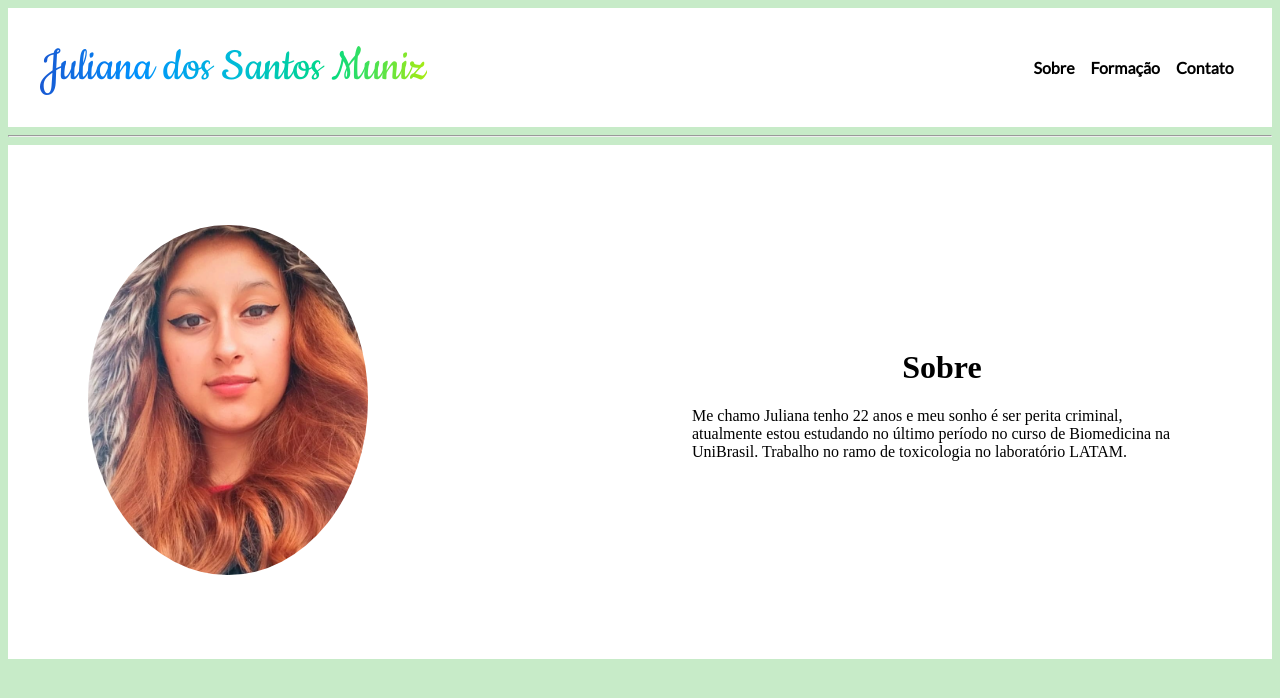
Repository: joaovnogueira/Portfolio-Juliana
Page: index.html
An editor plug-in stored every save of this project. The page is shown before and after the next save, followed by the edit.
The browser window is 1280 px wide. The pictures show the whole page.

Above is the page before, as saved 2022-06-14 16:03:11.

### index.html
<!DOCTYPE html>
<html lang="en">
<head>
    <link rel="stylesheet" href="styles.css">
    <meta charset="UTF-8">
    <meta http-equiv="X-UA-Compatible" content="IE=edge">
    <meta name="viewport" content="width=device-width, initial-scale=1.0">
    <title>Portfólio Juliana</title>
</head>
<body>
    <header>
        <nav>
            <div class="logo">Juliana dos Santos Muniz</div>
            <div class="menu">
                <a href="">Sobre</a>
                <a href="">Formação</a>
                <a href="">Contato</a>
            </div>
        </nav>
    </header>
    <hr>
    <main>
        <div class="perfil">
            <div class="foto">
                <img src="./assets/foto-perfil.png" alt="Foto de perfil" id="fotoperfil">
            </div>
            <div class="separator">
            </div>
            <div class="conteudo">
                <h1>Sobre</h1>
                <p>Me chamo Juliana tenho 22 anos e meu sonho é ser perita criminal,
                atualmente estou estudando no último período no curso de Biomedicina na UniBrasil.
                Trabalho no ramo de toxicologia no laboratório LATAM.</p>
            </div>
        </div>
        <div></div>
    </main>
    <footer></footer>
</body>
</html>

### styles.css
@import url('https://fonts.googleapis.com/css2?family=Cookie&display=swap');
@import url('https://fonts.googleapis.com/css2?family=Lato&display=swap');

body{
    background-color: #C7EBC8;
}

header {
    background-color: #FFFFFF;
    padding: 2rem;
    align-items: center;
}

nav{
    display: flex;
    justify-content: space-between;
    align-items: center;
}

.logo{
    font-family: 'Cookie', cursive;
    font-size: 50px;
    background-clip: text;
    -webkit-background-clip: text;
    background-image: linear-gradient(to right, #1859d3, #0091fc, #00bbd9, #00da84, #a8eb12);
    color: transparent;
}

.menu{
    font-family: 'Lato', sans-serif;
    font-weight: bold;
}

a{
    text-decoration: none;
    color: black;
    margin: .4rem;
}

hr{
    background-color: #FFFFFF;
}


.perfil {
    background-color: #FFFFFF;
    display: flex;
    padding: 5rem;
    align-items: center;
    justify-content: space-between;
}

.foto{
    align-items: center;
}

.conteudo{
   max-width: 500px;
   max-height: 100vh;
}

h1{
    text-align: center;
}

p{
    text-align: left;
}

img{
    border-radius: 50%;
    max-width:750px;
    max-height:350px;
    width: auto;
    height: auto;
}

#icon{
    max-width: 40px;
    max-height:40px;

}

After the next save:
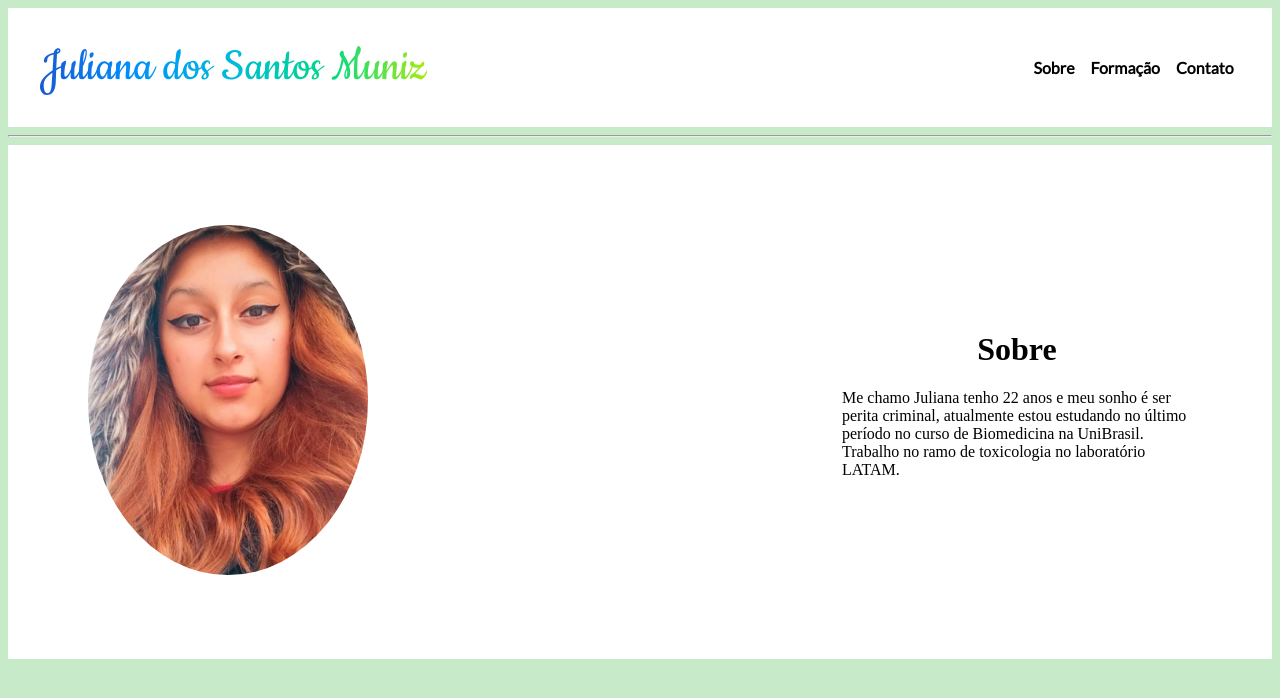
Saved 5 s later.
--- a/styles.css
+++ b/styles.css
@@ -55,7 +55,7 @@ hr{
 }
 
 .conteudo{
-   max-width: 500px;
+   max-width: 350px;
    max-height: 100vh;
 }
 
